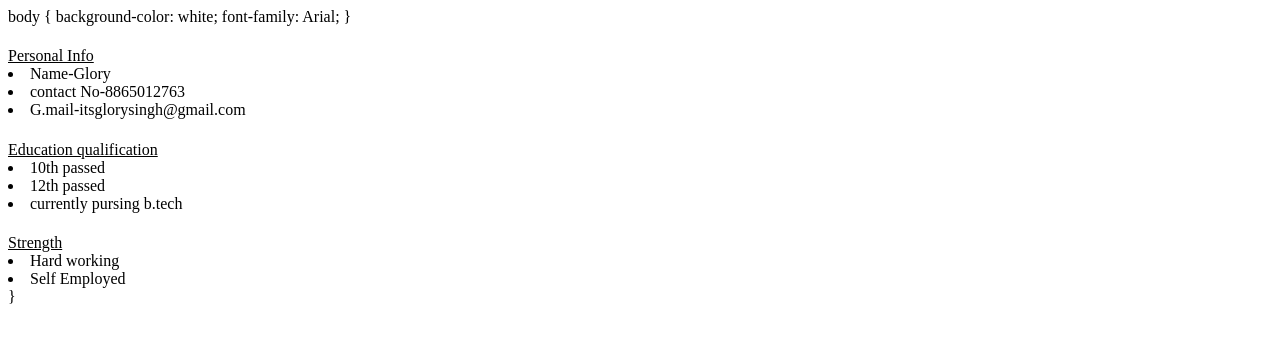
Repository: Glory998/ELCE1-32
Page: resume.html
An editor plug-in stored every save of this project. The page is shown before and after the next save, followed by the edit.
The browser window is 1280 px wide. The pictures show the whole page.

Above is the page before, as saved 2025-11-28 12:11:09.

### resume.html
<!DOCTYPE>
<html>
    <head>
        <title>Resume</title>
        body {
            background-color: white;
            font-family: Arial;

    }
</style>
</head>
<h1 style="color:blue"></h1><u></b>Personal Info</u></h1>
<li> Name-Glory</li>
<li> contact No-8865012763</li>
<li>G.mail-itsglorysingh@gmail.com</li>

<h1 style="color:orange"></h1><u>Education qualification</u></h1>
<li>10th passed</li>
<li>12th passed</li>
<li> currently pursing b.tech</li>

<h1 style="color:aqua"></h1><u>Strength</u></h1>
<li>Hard working</li>
<li> Self Employed</li>

        }
    </head>
</html>

After the next save:
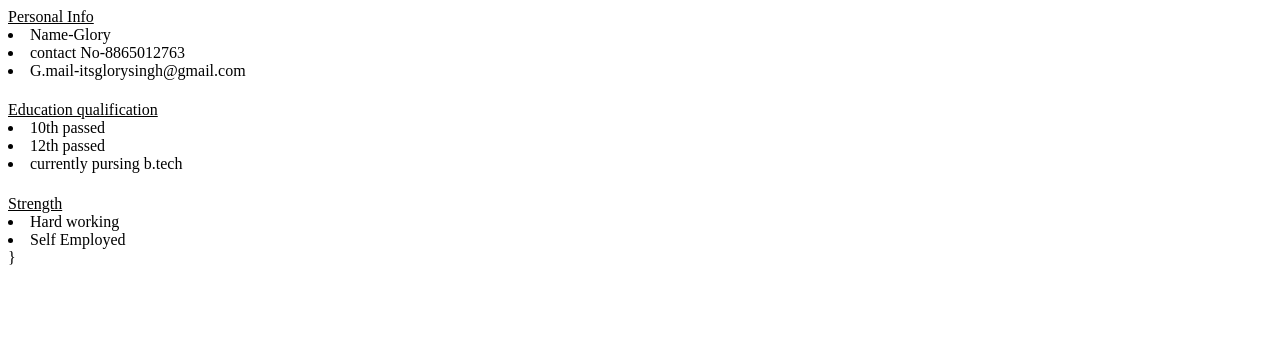
Saved 20 s later.
--- a/resume.html
+++ b/resume.html
@@ -2,12 +2,7 @@
 <html>
     <head>
         <title>Resume</title>
-        body {
-            background-color: white;
-            font-family: Arial;
-
-    }
-</style>
+        </style>
 </head>
 <h1 style="color:blue"></h1><u></b>Personal Info</u></h1>
 <li> Name-Glory</li>
